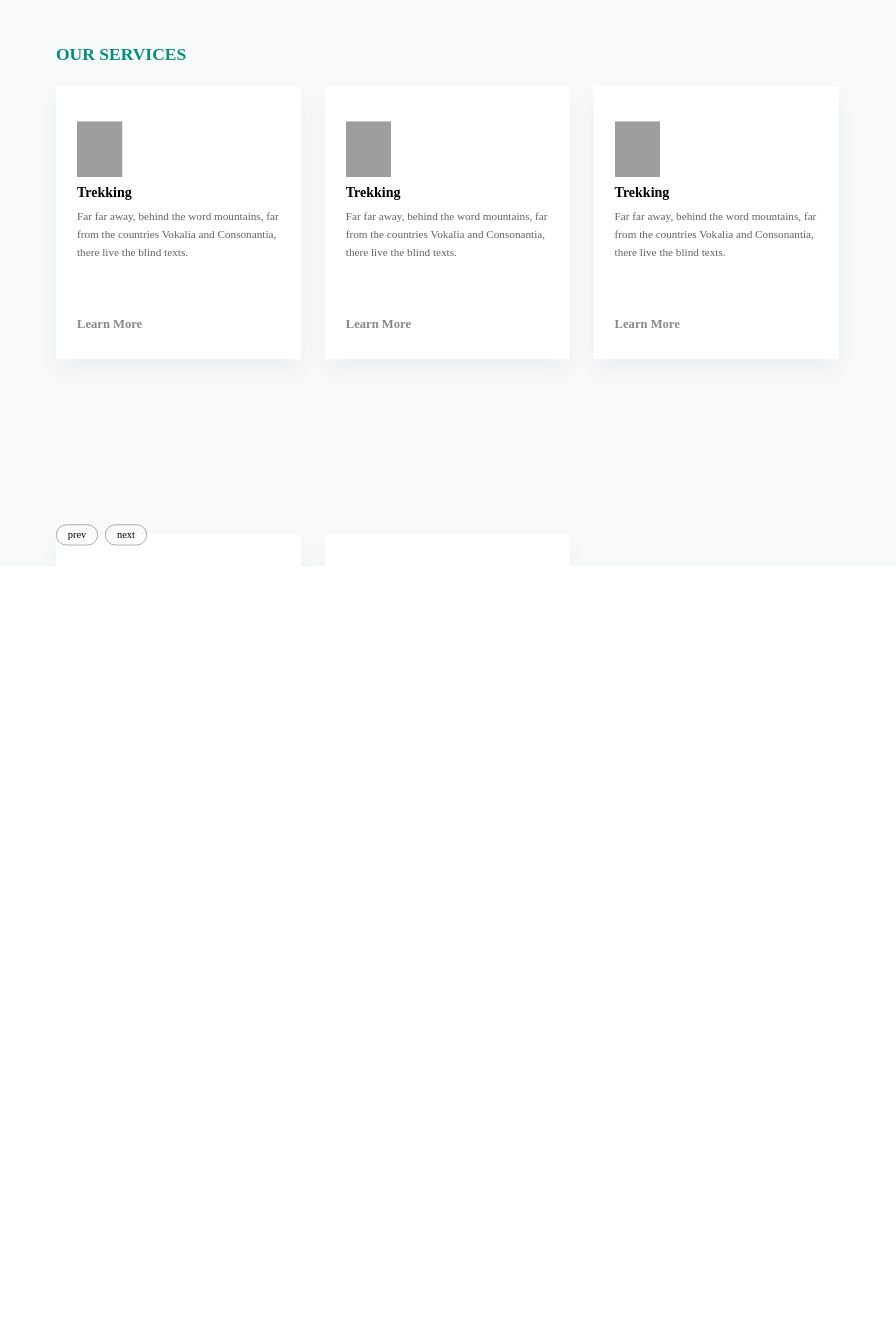
Repository: nhutduy0803/template1
Page: index.html
The author's editor kept a copy of each file at every save. The page is drawn from the files as they stood at one save, then again after the next save.
The browser window is 1280 px wide. The pictures show the part of the page from y = 1063 to 2983 px (the page is 5000 px tall), at 70% of full size.
Pictures or frames that could not be fetched are drawn as grey boxes.

Above is the page before, as saved 2021-11-28 13:38:08.

### index.html
<!DOCTYPE html>
<html lang="en">
  <head>
    <meta charset="UTF-8" />
    <meta http-equiv="X-UA-Compatible" content="IE=edge" />
    <meta name="viewport" content="width=device-width, initial-scale=1.0" />
    <title>TEMPLATE</title>
    <link rel="stylesheet" href="./assets/css/style.css" />
    <link
      rel="stylesheet"
      href="./assets/css/font/fontawesome-free-5.15.4-web/css/all.min.css"
    />
  </head>
  <body>
    <div id="main">
      <div class="slider">
        <div class="header">
          <h2>Hotell</h2>
          <div class="nav">
            <ul>
              <li>Home</li>
              <li>
                Destination
                <i class="fas fa-chevron-down"></i>
                <div class="subnav-one">
                  <ul class="sub-nav">
                    <span>Menu one</span>
                    <span>Menu two</span>
                    <span
                      >Dropdown <i class="fas fa-angle-right"></i>
                      <ul class="sub-nav-two">
                        <span>Menu one</span>
                        <span>Menu two</span>
                        <span>Menu three</span>
                      </ul>
                    </span>
                  </ul>
                </div>
              </li>
              <li>Services</li>
              <li>About</li>
              <li>Contact</li>
            </ul>
            <h3><i class="fas fa-phone-alt"></i> 123 489 9381</h3>
            <p>Once a year go someplace <br />you've never been before.</p>
            <a class="seevideo" href="#">See video</a>
          </div>
          <div class="modal-slider">
            <input type="date" name="" id="" />
            <input type="date" />
            <div class="select-person">
              <select id="number-of-person" class="form-control">
                <option value="#of person"># of person</option>
                <option value="0">0</option>
                <option value="1">1</option>
                <option value="2">2</option>
                <option value="3">3</option>
                <option value="4">4</option>
                <option value="5">5</option>
              </select>
            </div>
            <div class="find-now">Find Now</div>
          </div>
        </div>
        <!-- <img src="./assets/css/img/slider.webp" alt="" /> -->
      </div>
      <div class="card">
        <h2>OUR SERVICES</h2>
        <div class="card-children">
          <div class="img-card">
            <img src="./assets/css/img/trekking.png" alt="" />
          </div>
          <h3>Trekking</h3>
          <p>
            Far far away, behind the word mountains, far from the countries
            Vokalia and Consonantia, there live the blind texts.
          </p>
          <a href="#">Learn More</a>
        </div>
        <div class="card-children">
          <div class="img-card">
            <img src="./assets/css/img/trekking.png" alt="" />
          </div>
          <h3>Trekking</h3>
          <p>
            Far far away, behind the word mountains, far from the countries
            Vokalia and Consonantia, there live the blind texts.
          </p>
          <a href="#">Learn More</a>
        </div>
        <div class="card-children">
          <div class="img-card">
            <img src="./assets/css/img/trekking.png" alt="" />
          </div>
          <h3>Trekking</h3>
          <p>
            Far far away, behind the word mountains, far from the countries
            Vokalia and Consonantia, there live the blind texts.
          </p>
          <a href="#">Learn More</a>
        </div>
        <div class="card-children">
          <div class="img-card">
            <img src="./assets/css/img/trekking.png" alt="" />
          </div>
          <h3>Trekking</h3>
          <p>
            Far far away, behind the word mountains, far from the countries
            Vokalia and Consonantia, there live the blind texts.
          </p>
          <a href="#">Learn More</a>
        </div>
        <div class="card-children">
          <div class="img-card">
            <img src="./assets/css/img/trekking.png" alt="" />
          </div>
          <h3>Trekking</h3>
          <p>
            Far far away, behind the word mountains, far from the countries
            Vokalia and Consonantia, there live the blind texts.
          </p>
          <a href="#">Learn More</a>
        </div>
        <div class="prev">prev</div>
        <div class="next">next</div>
      </div>
    </div>
    <script>
      var slide = document.querySelector(".card-children");
      var uparrow = document.querySelector(".prev");
      var downarrow = document.querySelector(".next");
      let x = 0;
      uparrow.onclick = function () {
        x = x - 300;
        slide.style.left = x + "px";
      };
    </script>
  </body>
</html>

### assets/css/style.css
* {
  margin: 0;
  padding: 0;
  box-sizing: border-box;
}

html {
  scroll-behavior: smooth;
}

#main {
  width: 100%;
  height: 5000px;
  background: #fff;
}
.header img {
  width: 100%;
  height: 100%;
}

.header {
  position: relative;
  width: 100%;
  height: 130vh;
  background: linear-gradient(rgba(0, 0, 0, 0.5), rgba(0, 0, 0, 0.5)),
    url("./img/slider.webp") top center / cover no-repeat;
}

.header h3 {
  position: absolute;
  top: 45px;
  right: 100px;
  color: #fff;
  font-size: 15px;
}

.header h2 {
  color: #fff;
  top: 40px;
  position: absolute;
  left: 50px;
}

.nav ul li {
  transition: 0.2s;
  margin: 0 10px;
  display: inline-block;
  color: rgba(221, 221, 221, 0.705);
}

.nav li:hover {
  transition: 0.2s;
  color: #fff;
}

.nav ul li:nth-child(1) {
  color: #fff;
}

.nav {
  padding-top: 45px;
  text-align: center;
}

ul .fa-chevron-down {
  font-size: 10px;
}

.nav ul li:nth-child(2) {
  position: relative;
  transition: 0.3s;
  margin: 0 -35px;
}

.nav ul li:nth-child(2):hover .sub-nav {
  opacity: 1;
  bottom: 10px;
}

.sub-nav {
  border-radius: 10px;
  background: #fff;
  height: 130px;
  width: 180px;
  position: absolute;
  color: #000;
  opacity: 0;
  transition: 0.3s;
  bottom: 0;
}

.subnav-one {
  position: relative;
  height: 150px;
  width: 180px;
}

.sub-nav span {
  padding-right: 70px;
  padding-top: 20px;
  display: block;
}

.sub-nav span:hover {
  color: #00917c;
  transition: 0.2s;
}

.sub-nav span .fa-angle-right {
  position: absolute;
  right: 20px;
}

.sub-nav span:nth-child(3) {
  position: relative;
}

.sub-nav span:nth-child(3):hover .sub-nav-two {
  opacity: 1;
  margin-top: -25px;
}

.sub-nav-two {
  margin-top: 0px;
  margin-left: 180px;
  background: #fff;
  height: 130px;
  width: 180px;
  position: absolute;
  border-radius: 10px;
  color: #000;
  opacity: 0;
  transition: 0.3s;
}

.fa-phone-alt {
  position: absolute;
  left: -55px;
  top: -9px;
  background: rgba(255, 255, 255, 0.2);
  border-radius: 50%;
  height: 40px;
  width: 40px;
  padding-top: 13px;
  color: #fff;
  transition: 0.2s;
  font-size: 15px;
}

.fa-phone-alt:hover {
  border: 2px solid #fff;
  transition: 0.2s;
}

.header p {
  transform: translate(-50%);
  left: 50%;
  color: #fff;
  position: absolute;
  top: 350px;
  font-size: 50px;
}

.seevideo {
  position: absolute;
  top: 500px;
  left: 50%;
  transform: translate(-50%);
  width: 120px;
  height: 50px;
  background: #00917c;
  color: #fff;
  border-radius: 25px;
  display: flex;
  justify-content: center;
  align-items: center;
  text-decoration: none;
  font-size: 17px;
}

.modal-slider {
  z-index: 2;
  width: 1140px;
  height: 120px;
  background: #fff;
  position: absolute;
  bottom: -70px;
  left: 50%;
  transform: translate(-50%);
  box-shadow: 0 15px 30px 0 rgb(0 0 0 / 10%);
}

.modal-slider input {
  margin-top: 27px;
  margin-left: 50px;
  border-radius: 20px;
  background: #f8f9fa;
  padding-left: 30px;
  border: none;
  height: 50px;
  width: 243px;
}

.modal-slider ::-webkit-input-placeholder {
  color: rgba(0, 0, 0, 0.726);
  font-size: 15px;
}

.modal-slider .fa-calendar-alt {
  margin-left: -30px;
}

.modal-slider input {
  margin-left: 20px;
}

.date {
  position: absolute;
  top: 0px;
  width: 200px;
  height: 300px;
  background: #fff;
  z-index: 1;
}

.select-person {
  background: #f8f9fa;
  border-radius: 20px;
  height: 50px;
  width: 250px;
  display: inline-block;
  color: #000;
  margin-left: 20px;
}

.form-control {
  border-radius: 20px;
  background: #fff;
  height: 50px;
  width: 250px;
  color: #000;
  font-size: 15px;
}

.find-now {
  position: absolute;
  right: 20px;
  background: #00917c;
  border-radius: 20px;
  height: 50px;
  width: 280px;
  display: inline-block;
  display: flex;
  justify-content: center;
  align-items: center;
  color: #fff;
  top: 25px;
  font-size: 20px;
}

.find-now:active {
  border: 3px solid #3cc7b2;
}

.card {
  height: 130vh;
  width: 100%;
  background: #f8f9fa;
  position: relative;
  overflow: hidden;
}

.card h2 {
  font-weight: 700;
  position: absolute;
  left: 80px;
  top: 190px;
  font-size: 25px;
  color: #00917c;
}

.card-children {
  margin-right: -50px;
  margin-left: 80px;
  margin-top: 250px;
  background: #fff;
  height: 390px;
  width: 350px;
  box-shadow: 0 15px 30px 0 rgb(0 0 0 / 5%);
  display: inline-block;
}

.img-card {
  margin-top: 50px;
  margin-left: 30px;
  width: 65px;
  height: 80px;
}

.img-card img {
  width: 100%;
  height: 100%;
}

.card-children h3 {
  margin-top: 10px;
  margin-left: 30px;
  font-size: 20px;
}

.card-children p {
  margin-top: 10px;
  margin-left: 30px;
  color: #535252e8;
  line-height: 1.6;
  margin-bottom: 80px;
}

.card-children a {
  margin-left: 30px;
  text-decoration: none;
  font-size: 18px;
  color: #888888;
  font-weight: 600;
}

.card-children a:hover {
  color: #000;
}

.card-children2 {
  position: absolute;
  left: 400px;
}

.prev {
  left: 80px;
  position: absolute;
  bottom: 30px;
  border: 1px solid #888888;
  height: 30px;
  width: 60px;
  display: flex;
  justify-content: center;
  align-items: center;
  border-radius: 15px;
  font-size: 15px;
}

.next {
  left: 150px;
  position: absolute;
  bottom: 30px;
  border: 1px solid #888888;
  height: 30px;
  width: 60px;
  display: flex;
  justify-content: center;
  align-items: center;
  border-radius: 15px;
  font-size: 15px;
}

.next:hover,
.prev:hover {
  border: 1.5px solid #000;
}

.next:active,
.prev:active {
  border: 2px solid #00917c;
}

Loaded but not shown: assets/css/font/fontawesome-free-5.15.4-web/css/all.min.css (library)

After the next save:
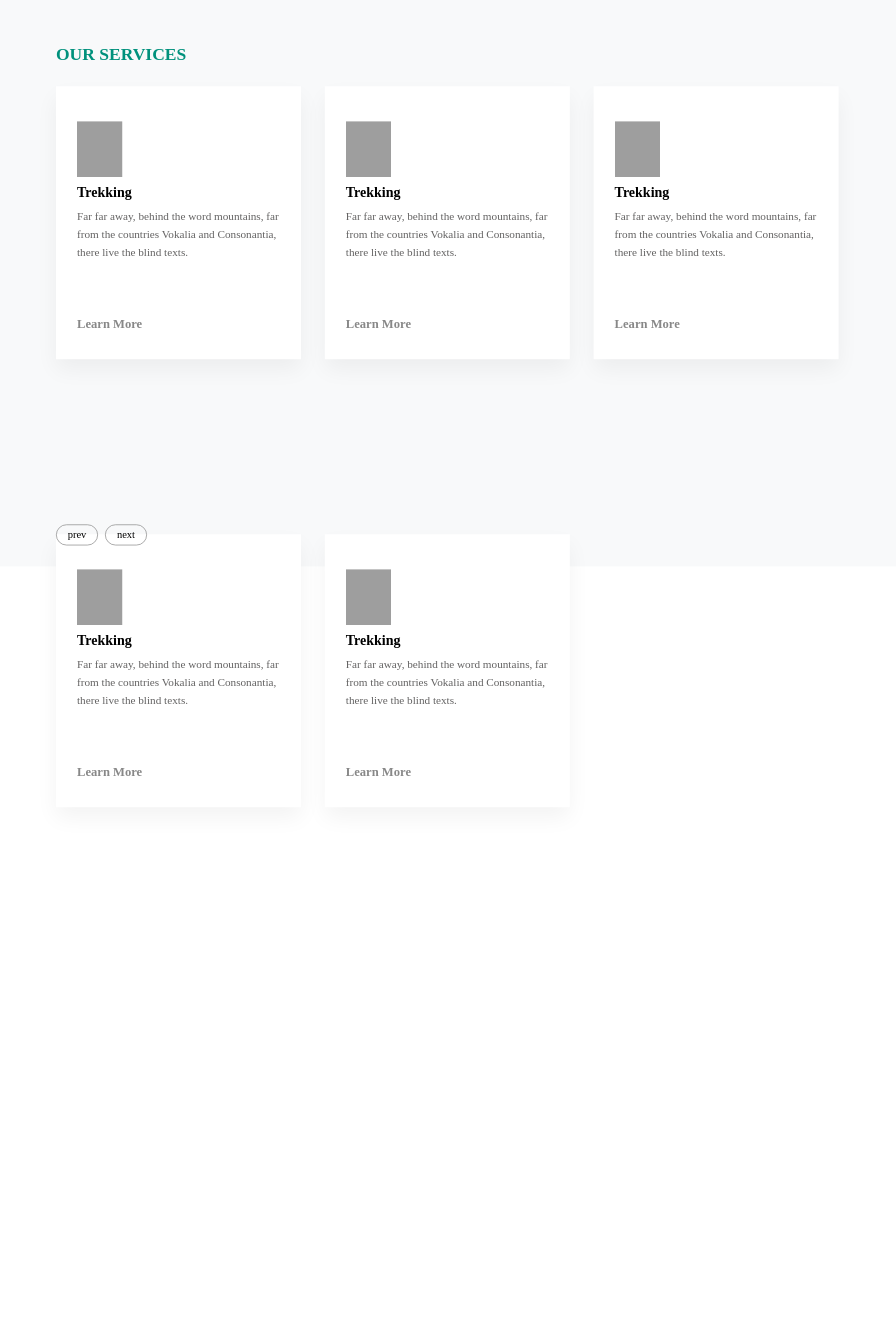
Saved 28 s later.
--- a/assets/css/style.css
+++ b/assets/css/style.css
@@ -267,7 +267,7 @@ ul .fa-chevron-down {
   width: 100%;
   background: #f8f9fa;
   position: relative;
-  overflow: hidden;
+  /* overflow: hidden; */
 }
 
 .card h2 {
